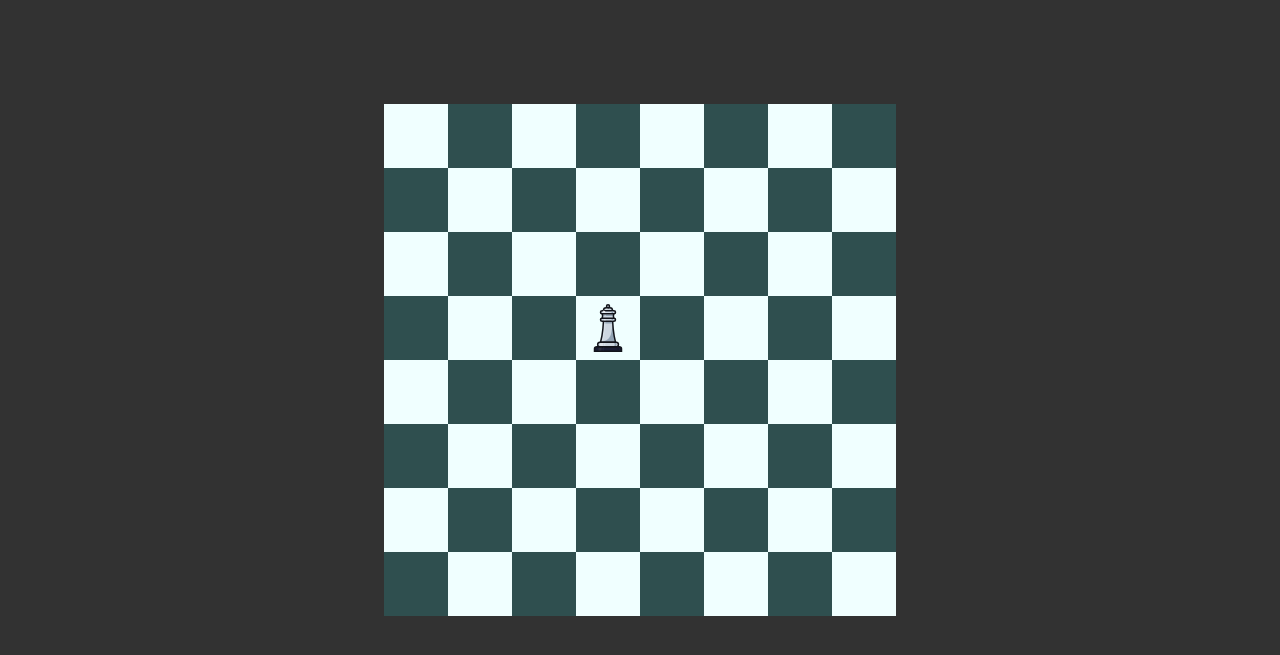
Repository: Mirsmog/react-chess
Page: /
The author's editor kept a copy of each file at every save. The page is drawn from the files as they stood at one save, then again after a run of saves.
The browser window is 1280 px wide. The pictures show the whole page.
The project was rebuilt for these pictures with package versions that can differ from the ones it lists, and the page was loaded fresh each time. Also part of the build but not shown: vite.config.ts.

Above is the page before, as saved 2023-10-28 14:36:07.

After the next 2 saves:
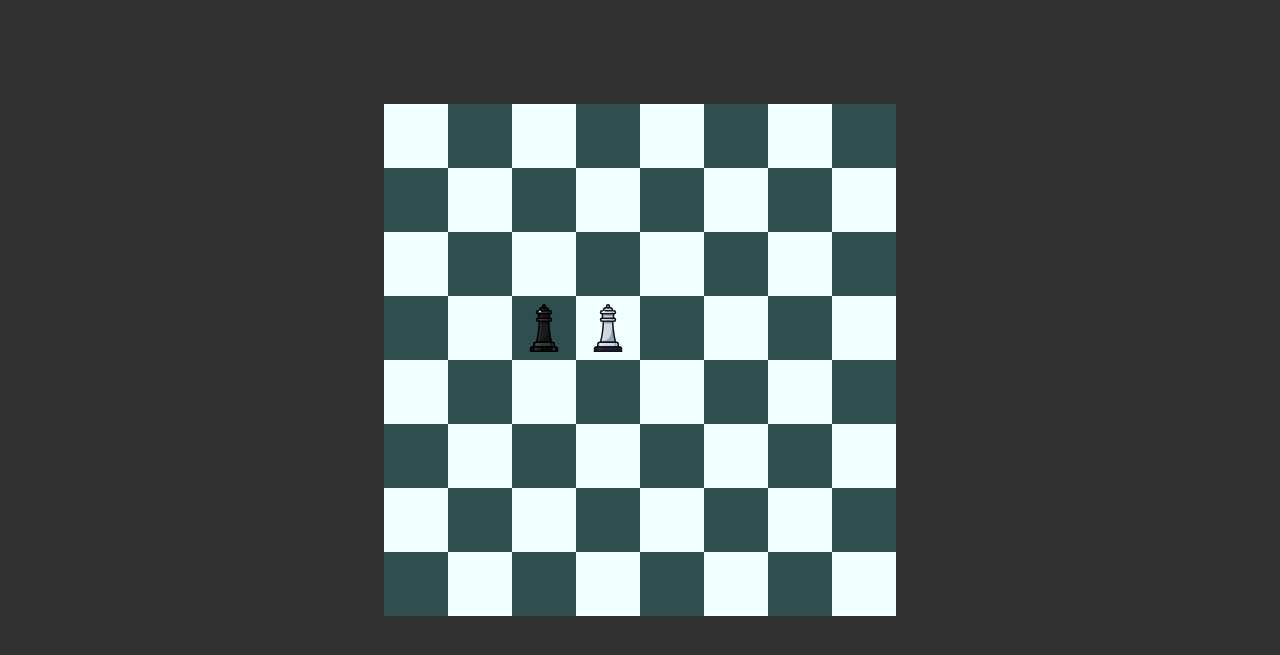
The 2 saves are shown as one change because they came seconds apart.
The last was saved 10 s later.
--- a/src/models/Board.ts
+++ b/src/models/Board.ts
@@ -23,6 +23,6 @@ export class Board {
   }
   public addFigures() {
     new Queen(Colors.WHITE, this.getCell(3, 3))
-    new Queen(Colors.WHITE, this.getCell(3, 3))
+    new Queen(Colors.BLACK, this.getCell(2, 3))
   }
 }
